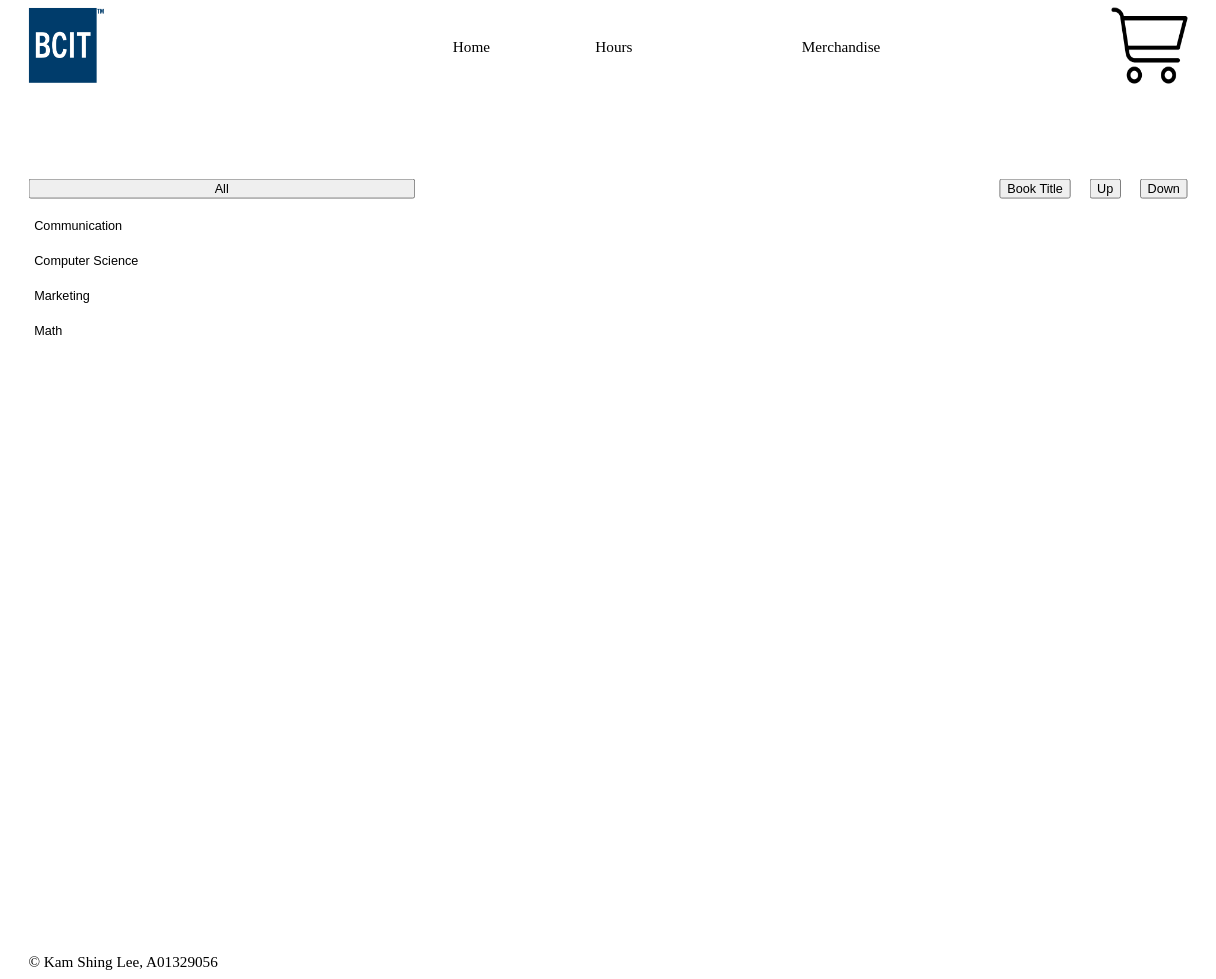
Repository: klee616/assessment3
Page: /
An editor plug-in stored every save of this project. The page is shown before and after the next save, followed by the edit.
The browser window is 1280 px wide. The pictures show the whole page, at 95% of full size.
The project was rebuilt for these pictures with package versions that can differ from the ones it lists, and the page was loaded fresh each time. The framework's server and built-in components were replaced by stand-ins that run in the browser. Also part of the build but not shown: next.config.mjs, components/Product/Product.module.css, components/Product/index.js.

Above is the page before, as saved 2024-02-07 17:20:16.

### pages/index.js
import Head from "next/head";
import { Inter } from "next/font/google";
import styles from "@/styles/Home.module.css";
import layout from "@/styles/layout.module.css"
import Header from "@/components/Header";
import Footer from "@/components/Footer";
import Button from "@/components/Button";
import { useState } from "react";
import books from "@/data/books.json"
import Product from "@/components/Product";


const inter = Inter({ subsets: ["latin"] });

export default function Home() {
  const [data, setItem] = useState([...books]);

  const [cate, setCate] = useState("");

  let categorys = data.map(product => product.category);

  categorys = categorys.filter((value, index) => categorys.indexOf(value) === index);
  categorys.sort();

  console.log();


return (
  <>
    <Head>
      <title>BCIT Book Store</title>
      <meta name="description" content="All online pick-up orders are available at the Burnaby Campus Bookstore (SE2). Please allow 2-3 business days for order processing." />
      <meta name="viewport" content="width=device-width, initial-scale=1" />
      <link rel="icon" href="/favicon.ico" />
    </Head>

    <Header />
    <main className={`${styles.main} ${inter.className}`}>
      <div className={`${layout['row']}`}>
        <div className={`${layout['col-lg-4']} ${layout['col-md-4']} ${layout['col-lg-4']}}`}>
          <div className={styles['aside-containera']}>
            <button onClick={()=>setCate("all")} >All</button>
            {
              categorys && categorys.map((cate, index) => {
                return (
                  <>
                    <button key={index} className={styles['aside-btn']} onClick={()=>setCate(cate)}>{cate}</button>
                  </>
                )
              })
            }
          </div>
        </div>
        <div className={`${layout['col-lg-8']} ${layout['col-md-8']} ${layout['col-lg-8']}}`}>
          <div className={styles['main-content-containera']}>
            <div className={styles['top-menu']}>
              <Button name="Book Title" />
              <Button name="Up" />
              <Button name="Down" />
            </div>
            {
              data && data.filter((product) => (product.category == cate || cate == "all")).map((product, index) => {
                  return (
                    <>
                      <Product
                        index={index}
                        code={product.course}
                        img={product.image}
                        bookName={product.title}
                      />
                    </>
                  )
              })
            }
          </div>
        </div>
      </div>
    </main>
    <Footer />
  </>
);
}

### styles/globals.css
:root {
  --background-color: #fff;
  --highlight: #FFF400;
  --blue: #003C71;
  --white-text: #fff;
  --product-background: rgb(245, 245, 245);
}

a{
  color: inherit;
  text-decoration: none;
}

### styles/Home.module.css
.main {
  display: flex;
  flex-direction: column;
  justify-content: space-between;
  align-items: center;
  padding: 6rem;
  min-height: 100vh;
}

.aside-containera {
  display: flex;
  flex-direction: column;
  flex-wrap: nowrap;
  row-gap: 20px;
}

.main-content-containera {
  display: flex;
  flex-direction: row;
  flex-wrap: wrap;
  gap: 20px;
}

.top-menu {
  display: flex;
  flex-direction: row;
  flex-wrap: nowrap;
  justify-content: right;
  column-gap: 20px;
  width: 100%;

}
.aside-btn{
cursor: pointer;
  text-align: left;
  border: none;
  background: none;
}

.aside-btn:hover{
  text-decoration: underline;
}

### styles/layout.module.css

.row {
    display: flex;
    flex-direction: row;
    flex-wrap: wrap;
    justify-content: left;
    align-items: stretch;
  }

  .col-lg-12, .col-md-12, .col-sm-12{
      flex: 0 0 12;
      width: calc(100% / 12 * 12);
  }

  .col-lg-11, .col-md-11, .col-sm-11{
      flex: 0 0 11;
      width: calc(100% / 12 * 11);
  }

  .col-lg-10, .col-md-10, .col-sm-10{
      flex: 0 0 10;
      width: calc(100% / 12 * 10);
  }

  .col-lg-9, .col-md-9, .col-sm-9{
      flex: 0 0 9;
      width: calc(100% / 12 * 9);
  }

  .col-lg-8, .col-md-8, .col-sm-8{
      flex: 0 0 8;
      width: calc(100% / 12 * 8);
  }

  .col-lg-7, .col-md-7, .col-sm-7{
      flex: 0 0 7;
      width: calc(100% / 12 * 7);
  }

  .col-lg-6, .col-md-6, .col-sm-6{
      flex: 0 0 6;
      width: calc(100% / 12 * 6);
  }

  .col-lg-5, .col-md-5, .col-sm-5{
      flex: 0 0 5;
      width: calc(100% / 12 * 5);
  }

  .col-lg-4, .col-md-4, .col-sm-4{
      flex: 0 0 4;
      width: calc(100% / 12 * 4);
  }

  .col-lg-3, .col-md-3, .col-sm-3{
      flex: 0 0 3;
      width: calc(100% / 12 * 3);
  }

  .col-lg-2, .col-md-2, .col-sm-2{
      flex: 0 0 2;
      width: calc(100% / 12 * 2);
  }

  .col-lg-1, .col-md-1, .col-sm-1{
      flex: 0 0 1;
      width: calc(100% / 12 * 1);
  }

  .text-align-right{
    text-align: right;
  }

  @media (min-width: 1221px ) {
    /* lg*/

    .row {
      max-width: 1220px;
      width: 100vw;
    }

    .row-wider{
      width: 992px;
    }


    .col-lg-12 {
      flex: 0 0 12;
      width: calc(100% / 12 * 12);
    }

    .col-lg-11 {
      flex: 0 0 11;
      width: calc(100% / 12 * 12);
    }

    .col-lg-10 {
      flex: 0 0 10;
      width: calc(100% / 12 * 10);
    }

    .col-lg-9 {
      flex: 0 0 9;
      width: calc(100% / 12 * 9);
    }

    .col-lg-8 {
      flex: 0 0 8;
      width: calc(100% / 12 * 8);
    }

    .col-lg-7 {
      flex: 0 0 7;
      width: calc(100% / 12 * 7);
    }

    .col-lg-6 {
      flex: 0 0 6;
      width: calc(100% / 12 * 6);
    }

    .col-lg-5 {
      flex: 0 0 5;
      width: calc(100% / 12 * 5);
    }

    .col-lg-4 {
      flex: 0 0 4;
      width: calc(100% / 12 * 4);
    }

    .col-lg-3 {
      flex: 0 0 3;
      width: calc(100% / 12 * 3);
    }

    .col-lg-2 {
      flex: 0 0 2;
      width: calc(100% / 12 * 2);
    }

    .col-lg-1 {
      flex: 0 0 1;
      width: calc(100% / 12 * 1);
    }

    .lg-hidden{
      display: none;;
    }
  }


  @media (max-width:1220px) and (min-width:701px) {
    /* md*/

    .row {
        max-width: 1440px;
        width: 100vw;

    }



    .col-md-12 {
      flex: 0 0 12;
      width: calc(100% / 12 * 12);
    }

    .col-md-11 {
      flex: 0 0 11;
      width: calc(100% / 12 * 12);
    }

    .col-md-10 {
      flex: 0 0 10;
      width: calc(100% / 12 * 10);
    }

    .col-md-9 {
      flex: 0 0 9;
      width: calc(100% / 12 * 9);
    }

    .col-md-8 {
      flex: 0 0 8;
      width: calc(100% / 12 * 8);
    }

    .col-md-7 {
      flex: 0 0 7;
      width: calc(100% / 12 * 7);
    }

    .col-md-6 {
      flex: 0 0 6;
      width: calc(100% / 12 * 6);
    }

    .col-md-5 {
      flex: 0 0 5;
      width: calc(100% / 12 * 5);
    }

    .col-md-4 {
      flex: 0 0 4;
      width: calc(100% / 12 * 4);
    }

    .col-md-3 {
      flex: 0 0 3;
      width: calc(100% / 12 * 3);
    }

    .col-md-2 {
      flex: 0 0 2;
      width: calc(100% / 12 * 2);
    }

    .col-md-1 {
      flex: 0 0 1;
      width: calc(100% / 12 * 1);
    }


    .md-hidden{
      display: none;;
    }
  }


  @media (max-width:700px) {
    /* sm*/

    .row {
        max-width: 640;
        width: 100vw;

    }


    .col-sm-12 {
      flex: 0 0 12;
      width: calc(100% / 12 * 12);
    }

    .col-sm-11 {
      flex: 0 0 11;
      width: calc(100% / 12 * 12);
    }

    .col-sm-10 {
      flex: 0 0 10;
      width: calc(100% / 12 * 10);
    }

    .col-sm-9 {
      flex: 0 0 9;
      width: calc(100% / 12 * 9);
    }

    .col-sm-8 {
      flex: 0 0 8;
      width: calc(100% / 12 * 8);
    }

    .col-sm-7 {
      flex: 0 0 7;
      width: calc(100% / 12 * 7);
    }

    .col-sm-6 {
      flex: 0 0 6;
      width: calc(100% / 12 * 6);
    }

    .col-sm-5 {
      flex: 0 0 5;
      width: calc(100% / 12 * 5);
    }

    .col-sm-4 {
      flex: 0 0 4;
      width: calc(100% / 12 * 4);
    }

    .col-sm-3 {
      flex: 0 0 3;
      width: calc(100% / 12 * 3);
    }

    .col-sm-2 {
      flex: 0 0 2;
      width: calc(100% / 12 * 2);
    }

    .col-sm-1 {
      flex: 0 0 1;
      width: calc(100% / 12 * 1);
    }

    .sm-hidden{
      display: none;
    }
  }

### components/Header/index.js
import styles from './Header.module.css'
import layout from '@/styles/Layout.module.css'
import Image from 'next/image'
import Link from 'next/link'

export default function Header() {
    return (
        <>
            <header className={`${styles['page-header']}`}>
                <div className={`${layout.row}`}>
                    <div className={`${layout['col-lg-4']} ${layout['col-md-4']} ${layout['col-sm-4']}`}>
                        <Image
                            src="/images/bcit_logo.png"
                            width={80}
                            alt='Logo'
                            height={80} />
                    </div>
                    <div className={`${layout['col-lg-8']} ${layout['col-md-8']} ${layout['col-sm-8']}`}>
                        <div className={styles['menu-container']}>
                            <ul className={styles['menu-list']}>
                                <li className={styles['menu-item']}>
                                    <Link href='/'>Home</Link>
                                </li>
                                <li className={styles['menu-item']}>
                                    <Link href='/'>Hours</Link>
                                </li>
                                <li className={styles['menu-item']}>
                                    <Link href='/'>Merchandise</Link>
                                </li>
                            </ul>

                            <Link href='/'>
                                <Image
                                    src="/images/shopping.png"
                                    width={80}
                                    height={80}
                                    alt="Shopping Icon"/>
                            </Link>
                        </div>
                    </div>
                </div>
            </header>
        </>
    )
}

### components/Footer/index.js
import styles from './Footer.module.css'
import layout from '@/styles/Layout.module.css'

export default function Footer(){
    return (
        <>
        <footer className={styles['page-footer']}>
            <div className={`${layout['row']}`}>
<div className={`${layout['col-lg-12']} ${layout['col-md-12']} ${layout['col-sm-12']}`}>
    &copy; Kam Shing Lee, A01329056
</div>
</div>
        </footer>
        </>
    )
}

### components/Button/index.js
import styles from './Button.module.css'

export default function Button(
   { name='Button'}
){
    return (
        <>
        <button>{name}</button>
        </>
    )
}

### data/books.json
[
    {
        "course": "MKTG 1102",
        "title": "Marketing: The Core",
        "authors": [
            "Roger Kerin",
            "Steven Hartley",
            "Arsenio Bonifacio",
            "Donna Dumont",
            "Carol Bureau"
        ],
        "edition": 6,
        "image": "marketing-the-core.jpg",
        "category": "Marketing"
    },
    {
        "course": "COMM 1120",
        "title": "Business Communication Essentials",
        "authors": [
            "Courtland Bovee",
            "John Thill"
        ],
        "edition": 5,
        "image": "business-communication-essentials.jpg",
        "category": "Communication"
    },
    {
        "course": "COMM 2003",
        "title": "The Bare Essentials",
        "authors": [
            "Sarah Norton",
            "Brian Green",
            "Greg Holditch"
        ],
        "edition": 10,
        "image": "the-bare-essentials.jpg",
        "category": "Communication"
    },
    {
        "course": "COMP 2121",
        "title": "Discrete Mathematics",
        "authors": [
            "Susanna Epp"
        ],
        "edition": 5,
        "image": "discrete-mathematics-with-applications.jpg",
        "category": "Math"
    },
    {
        "course": "COMP 2511",
        "title": "C How to Program",
        "authors": [
            "Paul Deitel",
            "Harvey Deitel"
        ],
        "edition": 9,
        "image": "c-how-to-program.png",
        "category": "Computer Science"
    },
    {
        "course": "MKTG 3304",
        "title": "International Marketing",
        "authors": [
            "Philip Cateora",
            "Bruce Money",
            "Mary Gilly",
            "John Graham"
        ],
        "edition": 19,
        "image": "international-marketing.jpg",
        "category": "Marketing"
    },
    {
        "course": "COMP 3603",
        "title": "C++: How To Program",
        "authors": [
            "Paul Deitel",
            "Harvey Deitel"
        ],
        "edition": 10,
        "image": "How-to-program.png",
        "category": "Computer Science"
    },
    {
        "course": "COMP 4985",
        "title": "Windows System Programming",
        "authors": [
            "Johnson Hart"
        ],
        "edition": 4,
        "image": "windows-system-programming.jpg",
        "category": "Computer Science"
    },
    {
        "course": "COMM 7005",
        "title": "Computer Networking",
        "authors": [
            "James Kurose",
            "Keith Ross"
        ],
        "edition": 8,
        "image": "computer-networking.jpg",
        "category": "Computer Science"
    }
]

### components/Header/Header.module.css
.page-header{
    display: flex;
    flex-direction: column;
    flex-wrap: nowrap;
    align-items: center;
    justify-content: center;
  }

.menu-container{
    display: flex;
    flex-direction: row;
    flex-wrap: nowrap;
    align-content: center;
    justify-content:space-between;
    align-items: center;
}

.menu-list{
    display: flex;
    flex-direction: row;
    flex-wrap: nowrap;
    align-content: center;
    justify-content:space-around;
    align-items: center;
    list-style: none;
}

.menu-list .menu-item{
    width: 150px;
    text-align: left;
}
.menu-list .menu-item:nth-last-child(1){
    text-align: right;
}
.menu-item a{
display: block;
width: 100%;
}

### styles/Layout.module.css

.row {
    display: flex;
    flex-direction: row;
    flex-wrap: wrap;
    justify-content: left;
    align-items: stretch;
  }

  .col-lg-12, .col-md-12, .col-sm-12{
      flex: 0 0 12;
      width: calc(100% / 12 * 12);
  }

  .col-lg-11, .col-md-11, .col-sm-11{
      flex: 0 0 11;
      width: calc(100% / 12 * 11);
  }

  .col-lg-10, .col-md-10, .col-sm-10{
      flex: 0 0 10;
      width: calc(100% / 12 * 10);
  }

  .col-lg-9, .col-md-9, .col-sm-9{
      flex: 0 0 9;
      width: calc(100% / 12 * 9);
  }

  .col-lg-8, .col-md-8, .col-sm-8{
      flex: 0 0 8;
      width: calc(100% / 12 * 8);
  }

  .col-lg-7, .col-md-7, .col-sm-7{
      flex: 0 0 7;
      width: calc(100% / 12 * 7);
  }

  .col-lg-6, .col-md-6, .col-sm-6{
      flex: 0 0 6;
      width: calc(100% / 12 * 6);
  }

  .col-lg-5, .col-md-5, .col-sm-5{
      flex: 0 0 5;
      width: calc(100% / 12 * 5);
  }

  .col-lg-4, .col-md-4, .col-sm-4{
      flex: 0 0 4;
      width: calc(100% / 12 * 4);
  }

  .col-lg-3, .col-md-3, .col-sm-3{
      flex: 0 0 3;
      width: calc(100% / 12 * 3);
  }

  .col-lg-2, .col-md-2, .col-sm-2{
      flex: 0 0 2;
      width: calc(100% / 12 * 2);
  }

  .col-lg-1, .col-md-1, .col-sm-1{
      flex: 0 0 1;
      width: calc(100% / 12 * 1);
  }

  .text-align-right{
    text-align: right;
  }

  @media (min-width: 1221px ) {
    /* lg*/

    .row {
      max-width: 1220px;
      width: 100vw;
    }

    .row-wider{
      width: 992px;
    }


    .col-lg-12 {
      flex: 0 0 12;
      width: calc(100% / 12 * 12);
    }

    .col-lg-11 {
      flex: 0 0 11;
      width: calc(100% / 12 * 12);
    }

    .col-lg-10 {
      flex: 0 0 10;
      width: calc(100% / 12 * 10);
    }

    .col-lg-9 {
      flex: 0 0 9;
      width: calc(100% / 12 * 9);
    }

    .col-lg-8 {
      flex: 0 0 8;
      width: calc(100% / 12 * 8);
    }

    .col-lg-7 {
      flex: 0 0 7;
      width: calc(100% / 12 * 7);
    }

    .col-lg-6 {
      flex: 0 0 6;
      width: calc(100% / 12 * 6);
    }

    .col-lg-5 {
      flex: 0 0 5;
      width: calc(100% / 12 * 5);
    }

    .col-lg-4 {
      flex: 0 0 4;
      width: calc(100% / 12 * 4);
    }

    .col-lg-3 {
      flex: 0 0 3;
      width: calc(100% / 12 * 3);
    }

    .col-lg-2 {
      flex: 0 0 2;
      width: calc(100% / 12 * 2);
    }

    .col-lg-1 {
      flex: 0 0 1;
      width: calc(100% / 12 * 1);
    }

    .lg-hidden{
      display: none;;
    }
  }


  @media (max-width:1220px) and (min-width:701px) {
    /* md*/

    .row {
        max-width: 1440px;
        width: 100vw;

    }



    .col-md-12 {
      flex: 0 0 12;
      width: calc(100% / 12 * 12);
    }

    .col-md-11 {
      flex: 0 0 11;
      width: calc(100% / 12 * 12);
    }

    .col-md-10 {
      flex: 0 0 10;
      width: calc(100% / 12 * 10);
    }

    .col-md-9 {
      flex: 0 0 9;
      width: calc(100% / 12 * 9);
    }

    .col-md-8 {
      flex: 0 0 8;
      width: calc(100% / 12 * 8);
    }

    .col-md-7 {
      flex: 0 0 7;
      width: calc(100% / 12 * 7);
    }

    .col-md-6 {
      flex: 0 0 6;
      width: calc(100% / 12 * 6);
    }

    .col-md-5 {
      flex: 0 0 5;
      width: calc(100% / 12 * 5);
    }

    .col-md-4 {
      flex: 0 0 4;
      width: calc(100% / 12 * 4);
    }

    .col-md-3 {
      flex: 0 0 3;
      width: calc(100% / 12 * 3);
    }

    .col-md-2 {
      flex: 0 0 2;
      width: calc(100% / 12 * 2);
    }

    .col-md-1 {
      flex: 0 0 1;
      width: calc(100% / 12 * 1);
    }


    .md-hidden{
      display: none;;
    }
  }


  @media (max-width:700px) {
    /* sm*/

    .row {
        max-width: 640;
        width: 100vw;

    }


    .col-sm-12 {
      flex: 0 0 12;
      width: calc(100% / 12 * 12);
    }

    .col-sm-11 {
      flex: 0 0 11;
      width: calc(100% / 12 * 12);
    }

    .col-sm-10 {
      flex: 0 0 10;
      width: calc(100% / 12 * 10);
    }

    .col-sm-9 {
      flex: 0 0 9;
      width: calc(100% / 12 * 9);
    }

    .col-sm-8 {
      flex: 0 0 8;
      width: calc(100% / 12 * 8);
    }

    .col-sm-7 {
      flex: 0 0 7;
      width: calc(100% / 12 * 7);
    }

    .col-sm-6 {
      flex: 0 0 6;
      width: calc(100% / 12 * 6);
    }

    .col-sm-5 {
      flex: 0 0 5;
      width: calc(100% / 12 * 5);
    }

    .col-sm-4 {
      flex: 0 0 4;
      width: calc(100% / 12 * 4);
    }

    .col-sm-3 {
      flex: 0 0 3;
      width: calc(100% / 12 * 3);
    }

    .col-sm-2 {
      flex: 0 0 2;
      width: calc(100% / 12 * 2);
    }

    .col-sm-1 {
      flex: 0 0 1;
      width: calc(100% / 12 * 1);
    }

    .sm-hidden{
      display: none;
    }
  }

### components/Footer/Footer.module.css
.page-footer{
    display: flex;
    flex-direction: column;
    flex-wrap: nowrap;
    align-items: center;
    justify-content: center;
}

Loaded but not shown: pages/_app.js (common file); pages/_document.js (common file); components/Button/Button.module.css (no stored copy; drawn as an empty file)

After the next save:
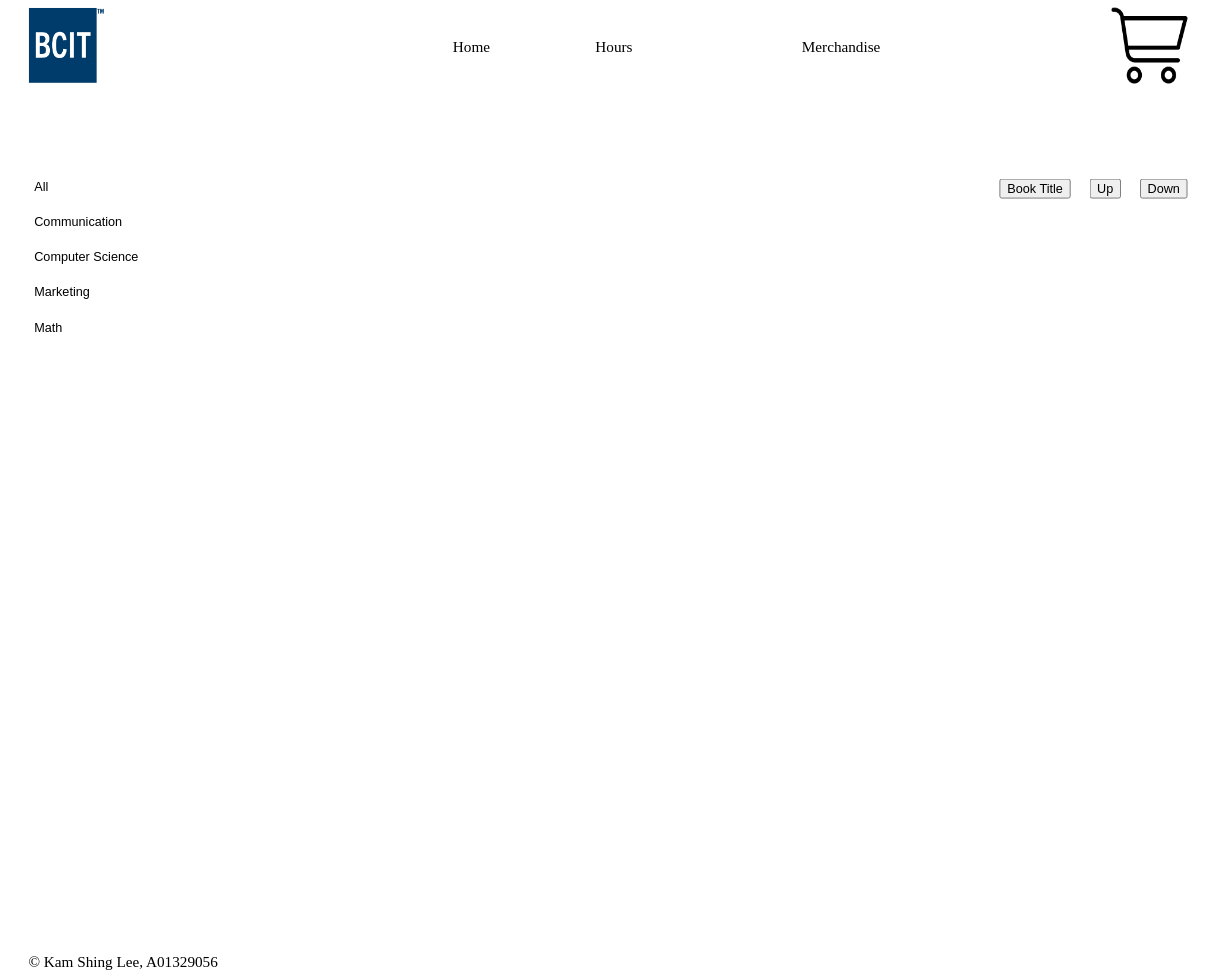
Saved 10 s later.
--- a/pages/index.js
+++ b/pages/index.js
@@ -39,7 +39,7 @@
       <div className={`${layout['row']}`}>
         <div className={`${layout['col-lg-4']} ${layout['col-md-4']} ${layout['col-lg-4']}}`}>
           <div className={styles['aside-containera']}>
-            <button onClick={()=>setCate("all")} >All</button>
+            <button  className={styles['aside-btn']} onClick={()=>setCate("all")} >All</button>
             {
               categorys && categorys.map((cate, index) => {
                 return (
